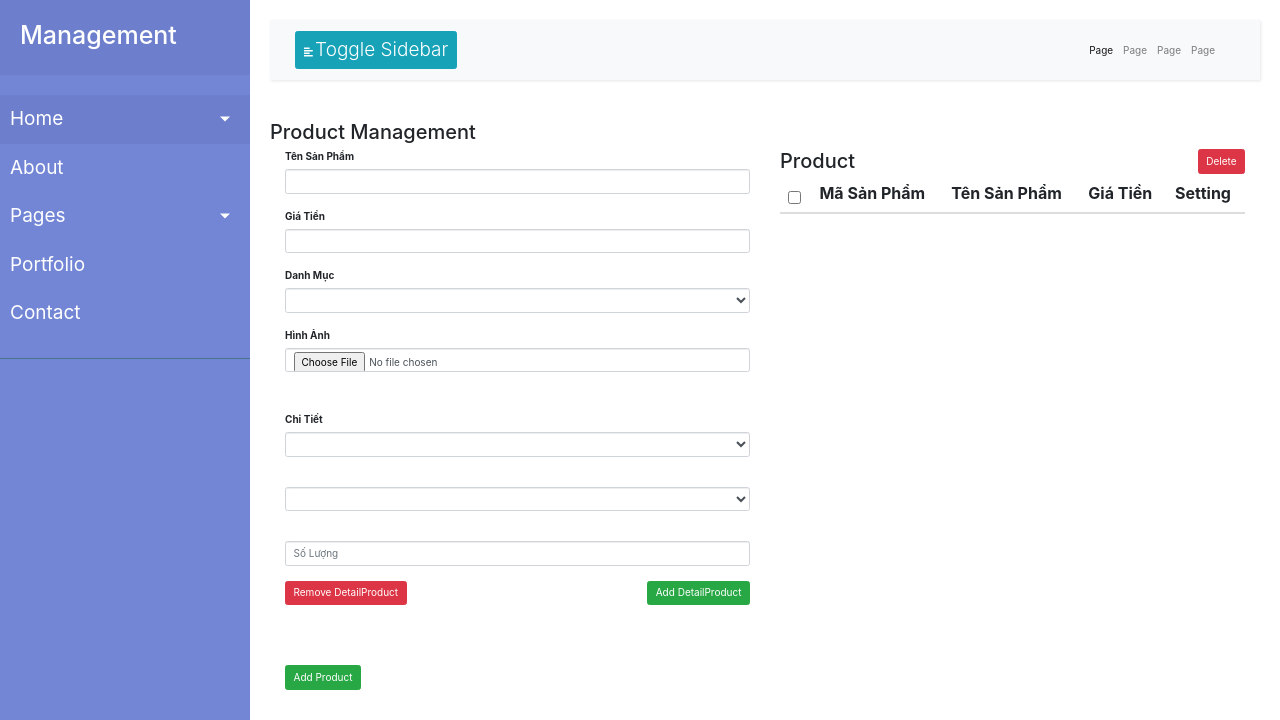
Repository: tiendungnguyen738/shoponline
Page: http://localhost/shoponline/WEB-INF/views/Product_Admin.jsp
The author's editor kept a copy of each file at every save. The page is drawn from the files as they stood at one save, then again after the next save.
The browser window is 1280 px wide. The pictures show the whole page.
Some web libraries are served in a nearby version. The page is served by Tomcat 9. Nobody is signed in. Other server files are loaded and not shown. The template is opened directly, without the code that normally fills it, so the values that code supplies are empty.

Above is the page before, as saved 2019-09-24 14:03:52.

### shoponline/src/main/webapp/WEB-INF/views/Product_Admin.jsp
<%@ taglib prefix="c" uri="http://java.sun.com/jsp/jstl/core"%>
<%@ page contentType="text/html;charset=UTF-8" language="java"%>

<html>
<head>
	<title>Product-Manage</title>
	<meta charset="utf-8">
	<link rel="stylesheet"
		href="https://maxcdn.bootstrapcdn.com/bootstrap/3.4.0/css/bootstrap.min.css">
	<link rel="stylesheet"
		href="<c:url value='/resources/admin/product-admin.css'/>" />
 	<link rel="stylesheet"
		href="<c:url value='/resources/admin/style.css'/>" />

	<meta name="viewport" content="width=device-width, initial-scale=1.0">
	<meta http-equiv="X-UA-Compatible" content="IE=edge">

	<link rel="stylesheet"
		href="https://stackpath.bootstrapcdn.com/bootstrap/4.1.0/css/bootstrap.min.css"
		integrity="sha384-9gVQ4dYFwwWSjIDZnLEWnxCjeSWFphJiwGPXr1jddIhOegiu1FwO5qRGvFXOdJZ4"
		crossorigin="anonymous">
	<script defer
		src="https://use.fontawesome.com/releases/v5.0.13/js/solid.js"
		integrity="sha384-tzzSw1/Vo+0N5UhStP3bvwWPq+uvzCMfrN1fEFe+xBmv1C/AtVX5K0uZtmcHitFZ"
		crossorigin="anonymous"></script>
	<script defer
		src="https://use.fontawesome.com/releases/v5.0.13/js/fontawesome.js"
		integrity="sha384-6OIrr52G08NpOFSZdxxz1xdNSndlD4vdcf/q2myIUVO0VsqaGHJsB0RaBE01VTOY"
		crossorigin="anonymous"></script>

</head>
<body>
	<div class="wrapper">
		<nav id="sidebar">
			<div class="sidebar-header">
				<h1>Management</h1>
			</div>

			<ul class="list-unstyled components">
				<li class="active"><a href="#homeSubmenu"
					data-toggle="collapse" aria-expanded="false"
					class="dropdown-toggle">Home</a>
					<ul class="collapse list-unstyled" id="homeSubmenu">
						<li><a href="#">Home 1</a></li>
						<li><a href="#">Home 2</a></li>
						<li><a href="#">Home 3</a></li>
					</ul></li>
				<li><a href="#">About</a></li>
				<li><a href="#pageSubmenu" data-toggle="collapse"
					aria-expanded="false" class="dropdown-toggle">Pages</a>
					<ul class="collapse list-unstyled" id="pageSubmenu">
						<li><a href="#">Page 1</a></li>
						<li><a href="#">Page 2</a></li>
						<li><a href="#">Page 3</a></li>
					</ul></li>
				<li><a href="#">Portfolio</a></li>
				<li><a href="#">Contact</a></li>
			</ul>

		</nav>
		<div id="content">

			<nav class="navbar navbar-expand-lg navbar-light bg-light">
				<div class="container-fluid">

					<button type="button" id="sidebarCollapse" class="btn btn-info">
						<i class="fas fa-align-left"></i> <span>Toggle Sidebar</span>
					</button>
					<button class="btn btn-dark d-inline-block d-lg-none ml-auto"
						type="button" data-toggle="collapse"
						data-target="#navbarSupportedContent"
						aria-controls="navbarSupportedContent" aria-expanded="false"
						aria-label="Toggle navigation">
						<i class="fas fa-align-justify"></i>
					</button>

					<div class="collapse navbar-collapse" id="navbarSupportedContent">
						<ul class="nav navbar-nav ml-auto">
							<li class="nav-item active"><a class="nav-link" href="#">Page</a>
							</li>
							<li class="nav-item"><a class="nav-link" href="#">Page</a></li>
							<li class="nav-item"><a class="nav-link" href="#">Page</a></li>
							<li class="nav-item"><a class="nav-link" href="#">Page</a></li>
						</ul>
					</div>
				</div>
			</nav>

			<h2>Product Management</h2>
			<div class="col-md-6 col-sm-12 form-group">
				<form id="form-sanpham">
					<label>Tên Sản Phẩm</label> <input type="text" class="form-control"
						id="tenSanPham" name="tenSanPham"></br> <label>Giá Tiền</label>
					<input type="text" class="form-control" id="giaTien" name="giaTien"></br>

					<label for="danhmucsanpham">Danh Mục</label><br> <select
						id="danhmucsanpham" name="danhmucsanpham" class="form-control">
						<c:forEach items="${categoryList}" var="categoryList">
							<option value="${categoryList.category_id}">${categoryList.category_name}</option>
						</c:forEach>
					</select><br /> <label>Hình Ảnh</label> <input type="file"
						class="form-control" id="uploadhinhanh" name="uploadhinhanh"></br>
					<br />
				</form>
				<div id="containerChitietsanpham">

					<div class="chitietsanpham">
						<label>Chi Tiết</label></br> <select name="size" class="form-control">
							<c:forEach items="${sizeList}" var="sizeList">
								<option value="${sizeList.id}">${sizeList.sizeName}</option>
							</c:forEach>
						</select></br>
						</br> <select name="mau" class="form-control">
							<c:forEach items="${colorList}" var="colorList">
								<option value="${colorList.id}">${colorList.colorName}</option>
							</c:forEach>
						</select></br>
						</br> <input type="number" name="soluong" class="form-control"
							placeholder="Số Lượng" /></br>
						<button type="button" class="btn btn-danger btn-remove"
							style="display: inline;">Remove DetailProduct</button>
						<button type="button" class="btn btn-success btn-detail"
							style="float: right; display: inline;">Add DetailProduct</button>
						</br>
					</div>
					</br>
					</br>
				</div>

				<div class="chitietsanpham" id="idChiTietSanPham">
					<label>Chi Tiết</label></br> <select name="size" class="form-control"
						id="size1">
						<c:forEach items="${sizeList}" var="sizeList">
							<option value="${sizeList.id}">${sizeList.sizeName}</option>
						</c:forEach>
					</select></br>
					</br> <select name="mau" class="form-control" id="mau1">
						<c:forEach items="${colorList}" var="colorList">
							<option value="${colorList.id}">${colorList.colorName}</option>
						</c:forEach>
					</select></br>
					</br> <input type="number" name="soluong" id="soLuong1"
						class="form-control" placeholder="Số Lượng" /></br>
					<button type="button" class="btn btn-danger btn-remove"
						style="display: inline;">Remove DetailProduct</button>
					<button type="button" class="btn btn-success btn-detail"
						style="float: right; display: inline;">Add DetailProduct</button>
					</br>
					<br />
					<button type="button" class="btn btn-dark" id="cancel">Cancel</button>
					<button type="button" class="btn btn-primary capNhatSanPham"
						id="capNhatSanPham">Update Product</button>
				</div>
				</br>
				</br>
				<button id="btn-themSanPham" type="button" class="btn btn-success">Add
					Product</button>

			</div>
			<div class="col-md-6 col-sm-12">
				<div>
					<h2 style="display: inline;">Product</h2>
					<button type="button" class="btn btn-danger" id="button-delete"
						style="float: right; display: inline;">Delete</button>
				</div>
				<table class="table table-hover" id="table-product">
					<thead>
						<tr>
							<th><input type="checkbox" class="AllCheckBox" id="allBox"></th>
							<th>Mã Sản Phẩm</th>
							<th>Tên Sản Phẩm</th>
							<th>Giá Tiền</th>
							<th>Setting</th>
						</tr>
					</thead>
					<tbody>
						<c:forEach items="${productList1}" var="pro">
							<tr>
								<td><input type="checkbox" value="${pro.id}" name="sport" /></td>
								<td>${pro.id}</td>
								<td>${pro.productName}</td>
								<td>${pro.price}</td>
								<td><button type="button" class="btn btn-warning"
										value="${pro.id}" id="editProduct">Edit</button></td>
							</tr>
						</c:forEach>
					</tbody>
				</table>
				<ul
					style="display: inline; list-style-type: none; margin-left: -6%;">
					<c:forEach begin="1" end="${tongSoTrang}" var="trangThu">
						<li style="display: inline; margin-right: 0.2%;"><a
							href="/shoponline/admin-product/${trangThu}"
							style="padding: 7px 10px; border-radius: 5px; border: 1px blue solid;"><c:out
									value="${trangThu}" /></a></li>
					</c:forEach>
				</ul>
			</div>


		</div>
	</div>

	<script src="https://code.jquery.com/jquery-3.3.1.slim.min.js"
		integrity="sha384-q8i/X+965DzO0rT7abK41JStQIAqVgRVzpbzo5smXKp4YfRvH+8abtTE1Pi6jizo"
		crossorigin="anonymous"></script>
	<!-- Popper.JS -->
	<script
		src="https://cdnjs.cloudflare.com/ajax/libs/popper.js/1.14.0/umd/popper.min.js"
		integrity="sha384-cs/chFZiN24E4KMATLdqdvsezGxaGsi4hLGOzlXwp5UZB1LY//20VyM2taTB4QvJ"
		crossorigin="anonymous"></script>
	<!-- Bootstrap JS -->
	<script
		src="https://stackpath.bootstrapcdn.com/bootstrap/4.1.0/js/bootstrap.min.js"
		integrity="sha384-uefMccjFJAIv6A+rW+L4AHf99KvxDjWSu1z9VI8SKNVmz4sk7buKt/6v9KI65qnm"
		crossorigin="anonymous"></script>

	<script type="text/javascript">
		$(document).ready(function() {
			$('#sidebarCollapse').on('click', function() {
				$('#sidebar').toggleClass('active');
			});
		});
	</script>
</body>

	<script src="http://code.jquery.com/jquery-1.9.1.js"></script>
	<script src="http://malsup.github.com/jquery.form.js"></script>
	<script type="text/javascript" src="<c:url value='/resources/js/productManage.js'/>"></script>

</html>

### shoponline/src/main/webapp/resources/admin/product-admin.css
#idChiTietSanPham{
	 display:none;
}

### shoponline/src/main/webapp/resources/admin/style.css
/*
    DEMO STYLE
*/

@import "https://fonts.googleapis.com/css?family=Poppins:300,400,500,600,700";
body {
    font-family: 'Poppins', sans-serif;
    background: #fafafa;
}

p {
    font-family: 'Poppins', sans-serif;
    font-size: 2.3em;
    font-weight: 300;
    line-height: 1.7em;
    color: #999;
}
span{
	font-size: 1.9em;
    font-weight: 300;
}
a,
a:hover,
a:focus {
    color: inherit;
    text-decoration: none;
    transition: all 0.3s;
}

.navbar {
    padding: 15px 10px;
    background: #fff;
    border: none;
    border-radius: 0;
    margin-bottom: 40px;
    box-shadow: 1px 1px 3px rgba(0, 0, 0, 0.1);
}

.navbar-btn {
    box-shadow: none;
    outline: none !important;
    border: none;
}

.line {
    width: 100%;
    height: 1px;
    border-bottom: 1px dashed #ddd;
    margin: 40px 0;
}

/* ---------------------------------------------------
    SIDEBAR STYLE
----------------------------------------------------- */

.wrapper {
    display: flex;
    width: 100%;
    align-items: stretch;
}

#sidebar {
    min-width: 250px;
    max-width: 250px;
    background: #7386D5;
    color: #fff;
    transition: all 0.3s;
}

#sidebar.active {
    margin-left: -250px;
}

#sidebar .sidebar-header {
    padding: 20px;
    background: #6d7fcc;
}

#sidebar ul.components {
    padding: 20px 0;
    border-bottom: 1px solid #47748b;
}

#sidebar ul p {
    color: #fff;
    padding: 10px;
}

#sidebar ul li a {
    padding: 10px;
    font-size: 1.9em;
    display: block;
    color: white;
}

#sidebar ul li a:hover {
    color: #7386D5;
    background: #fff;
    text-decoration: none;
}

#sidebar ul li.active>a,
a[aria-expanded="true"] {
    color: #fff;
    background: #6d7fcc;
     font-size: 1.9em;
}

a[data-toggle="collapse"] {
    position: relative;
}

.dropdown-toggle::after {
    display: block;
    position: absolute;
    top: 50%;
    right: 20px;
    transform: translateY(-50%);
}

ul ul a {
    font-size: 0.9em !important;
    padding-left: 30px !important;
    background: #6d7fcc;
}

ul.CTAs {
    padding: 20px;
}

ul.CTAs a {
    text-align: center;
    font-size: 0.9em !important;
    display: block;
    border-radius: 5px;
    margin-bottom: 5px;
}

a.download {
    background: #fff;
    color: #7386D5;
}

a.article,
a.article:hover {
    background: #6d7fcc !important;
    color: #fff !important;
}

/* ---------------------------------------------------
    CONTENT STYLE
----------------------------------------------------- */

#content {
    width: 100%;
    padding: 20px;
    min-height: 100vh;
    transition: all 0.3s;
}

/* ---------------------------------------------------
    MEDIAQUERIES
----------------------------------------------------- */

@media (max-width: 768px) {
    #sidebar {
        margin-left: -250px;
    }
    #sidebar.active {
        margin-left: 0;
    }
    #sidebarCollapse span {
        display: none;
    }
}

### shoponline/src/main/webapp/resources/js/productManage.js
$(document).ready(function(){
	var idProduct = 0;
    var files= [];
	var nameImage = "";
	$("#uploadhinhanh").change(function(event){
		 files = event.target.files;
	       nameImage = files[0].name;
	       var forms = new FormData();
	       forms.append("file",files[0]);
	       $.ajax({
	           url:"/shoponline/api-product-manage/upload-image",
	           type:"POST",
	           data:forms,
	           processData: false,
	           contentType: false,
	           enctype:"multipart/form-data",
	           success:function(value){
	               alert("upload thanh cong");
	           }
	       })
	})

	$("body").on("click",".btn-detail",function(){
		var This = $("#idChiTietSanPham").clone();
		This.removeAttr("id");
		This.appendTo($("#containerChitietsanpham"));
	})

	$("body").delegate(".btn-remove","click",function(){
		this.closest(".chitietsanpham").remove();
	})

	$("body").on("click","#btn-themSanPham",function(){
		var productForm = {};
		var productDetail =[];

		var form  = $("#form-sanpham").serializeArray();
		$.each(form, function(i, field){
		   productForm[field.name] = field.value;
		  });

		$("#containerChitietsanpham > .chitietsanpham").each(function(){
			objectChiTiet = {};
            mauSanPham = $(this).find('select[name="mau"]').val();
            sizeSanPham = $(this).find('select[name="size"]').val();
            soLuong = $(this).find('input[name="soluong"]').val();

            objectChiTiet["mauSanPham"] = mauSanPham;
            objectChiTiet["sizeSanPham"] = sizeSanPham;
            objectChiTiet["soLuong"] = soLuong;

            productDetail.push(objectChiTiet);
		});

		productForm["productDetail"] = productDetail;
		productForm["nameImage"] = nameImage;
		var formInfor = JSON.stringify(productForm);
		console.log(formInfor);
		$.ajax({
			 url:"/shoponline/api-product-manage/add-product",
			 type:"POST",
			 data:{
				 formInfor:formInfor
			 },
			 success:function(value){
				 alert("add success");
			 }

		})
	})

	$("body").on("click","#editProduct",function(){
        $("#btn-themSanPham").addClass("hide");
        $("#uploadhinhanh").prop('readonly', true);
		idProduct = $(this).closest("tr").find("input[name='sport']").val();
		$.ajax({
			url:"/shoponline/api-product-manage/edit-product",
			type:"POST",
			data:{
				idProduct:idProduct
			},
			success:function(value){
				   $("#tenSanPham").val(value.productName);
	               $("#giaTien").val(value.price);
	               $("#danhmucsanpham").val(value.category.category_id);

	               $("#containerChitietsanpham").html("");

	               for( i in value.productsDetail){
	                   var chitietsanpham = $("#idChiTietSanPham").clone().removeAttr("id");
	                   chitietsanpham.find("#mau1").val(value.productsDetail[i].color.id);
	                   chitietsanpham.find("#size1").val(value.productsDetail[i].size.id);
	                   chitietsanpham.find("#soLuong1").val(value.productsDetail[i].soLuong);
	                   $("#containerChitietsanpham").append(chitietsanpham);
	               }
	               $("#cancel").removeClass("hide");
	               $("#capNhatSanPham").removeClass("hide");
			}
		})
	})

	$("body").on("click","#cancel",function(){
       $("#btn-themSanPham").removeClass("hide");
       $(this).addClass("hide");
       $("#capNhatSanPham").addClass("hide");
   })

	$("#allBox").change(function(){
       if(this.checked){
           $("#table-product input").each(function () {
                $(this).prop("checked",true);
           })
       }else {
           $("#table-product input").each(function () {
               $(this).prop("checked",false);
           })
       }
   })

   $("#button-delete").click(function(){
	   var idProduct;
	   $("#table-product input[name='sport']:checked").each(function () {
		   idProduct = $(this).val();
		   var This = $(this);
		   $.ajax({
			   url:"/shoponline/api-product-manage/delete-product",
			   type:"POST",
			   data:{
				   idProduct:idProduct
			   },
			   success:function(value){
				   alert("delete success !!!");
				   This.closest("tr").remove();
			   }
		   })
      })
   })

	$("body").on("click","#capNhatSanPham",function(){
		var formData = $("#form-sanpham").serializeArray();
        json = {};
        arrayChiTiet = [];
        $("#containerChitietsanpham > .chitietsanpham").each(function(){
            objectChiTiet = {};
            mauSanPham = $(this).find('select[name="mau"]').val();
            sizeSanPham = $(this).find('select[name="size"]').val();
            soLuong = $(this).find('input[name="soluong"]').val();

            objectChiTiet["mauSanPham"] = mauSanPham;
            objectChiTiet["sizeSanPham"] = sizeSanPham;
            objectChiTiet["soLuong"] = soLuong;

            arrayChiTiet.push(objectChiTiet);
        })

        $.each(formData,function(i,field){
            json[field.name] = field.value;
        })
        json["chiTietSanPham"] = arrayChiTiet;
        json["idProduct"] = idProduct;
        $.ajax({
            url:"/shoponline/api-product-manage/capNhapSanPham",
            type:"POST",
            data:{
                dataJson:JSON.stringify(json)
            },
            success:function(value){
                alert("update product success");
            }
        })
	})


})

After the next save:
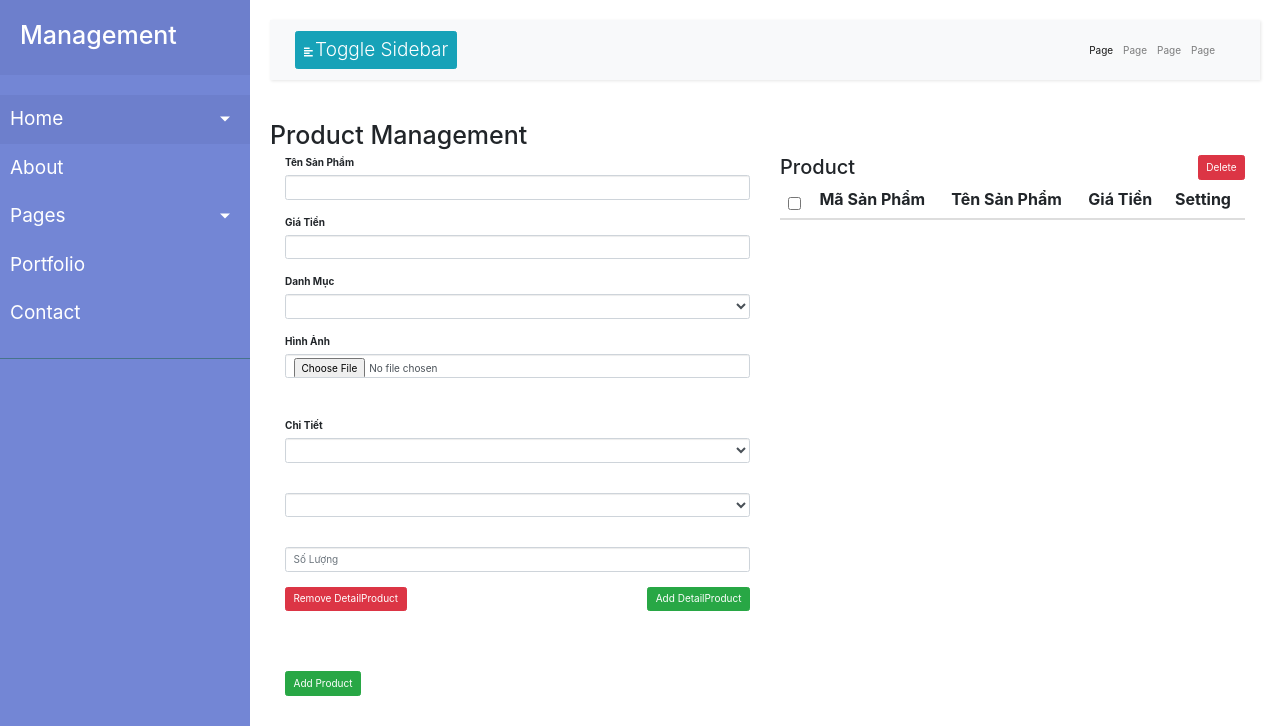
Saved 46 s later.
--- a/shoponline/src/main/webapp/WEB-INF/views/Product_Admin.jsp
+++ b/shoponline/src/main/webapp/WEB-INF/views/Product_Admin.jsp
@@ -86,7 +86,7 @@
 				</div>
 			</nav>
 
-			<h2>Product Management</h2>
+			<h1>Product Management</h1>
 			<div class="col-md-6 col-sm-12 form-group">
 				<form id="form-sanpham">
 					<label>Tên Sản Phẩm</label> <input type="text" class="form-control"
